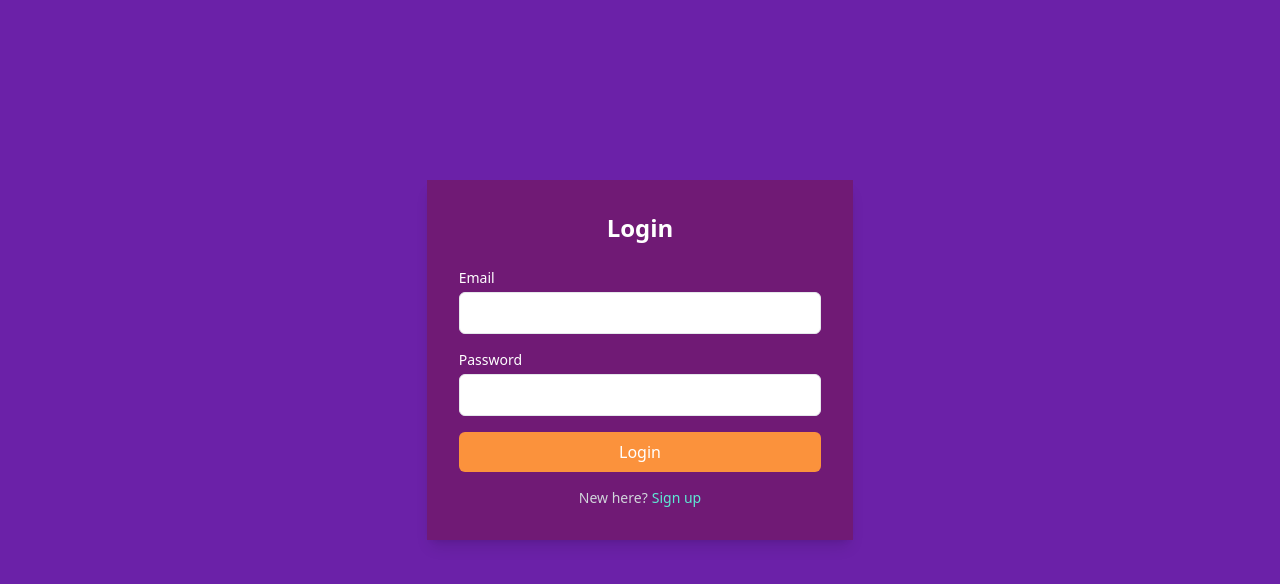
Repository: alizey12/POS-React-website
Page: /
These files come from the project's save history. The page is drawn as it stood at one moment and after a run of saves; the edit follows.
The browser window is 1280 px wide. The pictures show the whole page.
The project was rebuilt for these pictures with package versions that can differ from the ones it lists, and the page was loaded fresh each time. Also part of the build but not shown: vite.config.js, src/navbar.jsx, src/sidebar.jsx, src/Dashboard.jsx.

Above is the page before, as saved 2024-12-30 22:50:01.

After the next 2 saves:
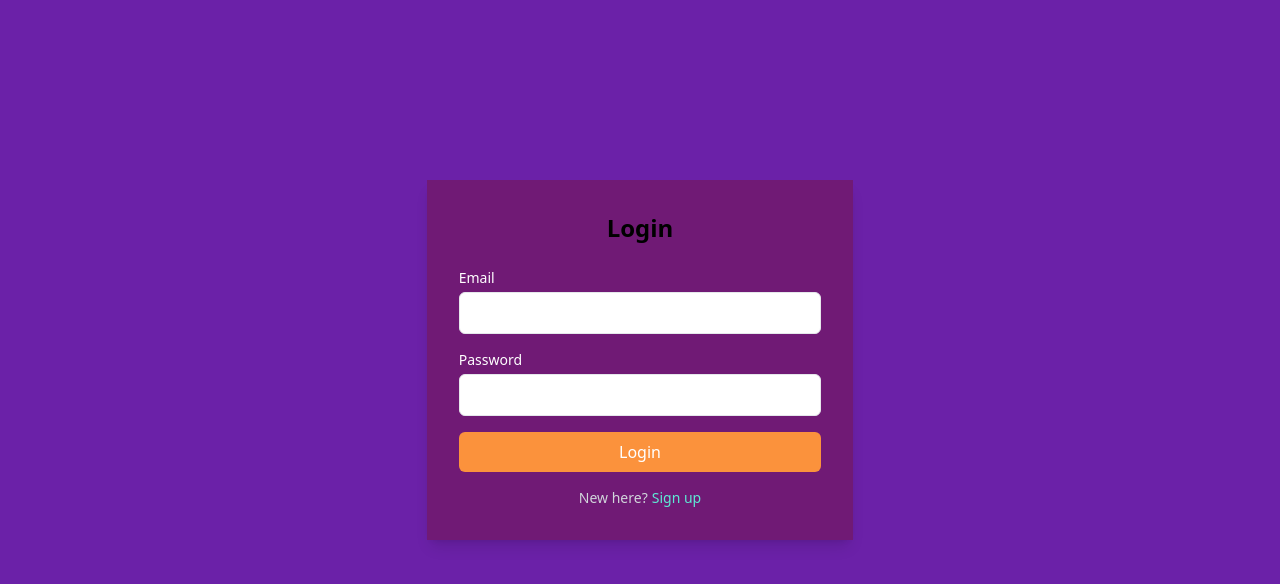
The 2 saves are shown as one change because they came seconds apart.
The last was saved 20 s later.
--- a/src/login.jsx
+++ b/src/login.jsx
@@ -57,7 +57,7 @@ const SignupLogin = () => {
       <div className=" bg-white w-1/3 shadow-lg rounded-lg">
 
         <div className="w-full bg-fuchsia-900 p-8 justify-center">
-          <h2 className="text-2xl font-bold text-center text-white">
+          <h2 className="text-2xl font-bold text-center ">
             {isLogin ? 'Login' : 'Sign Up'}
           </h2>
           <form onSubmit={handleSubmit} className="mt-6 space-y-4">
